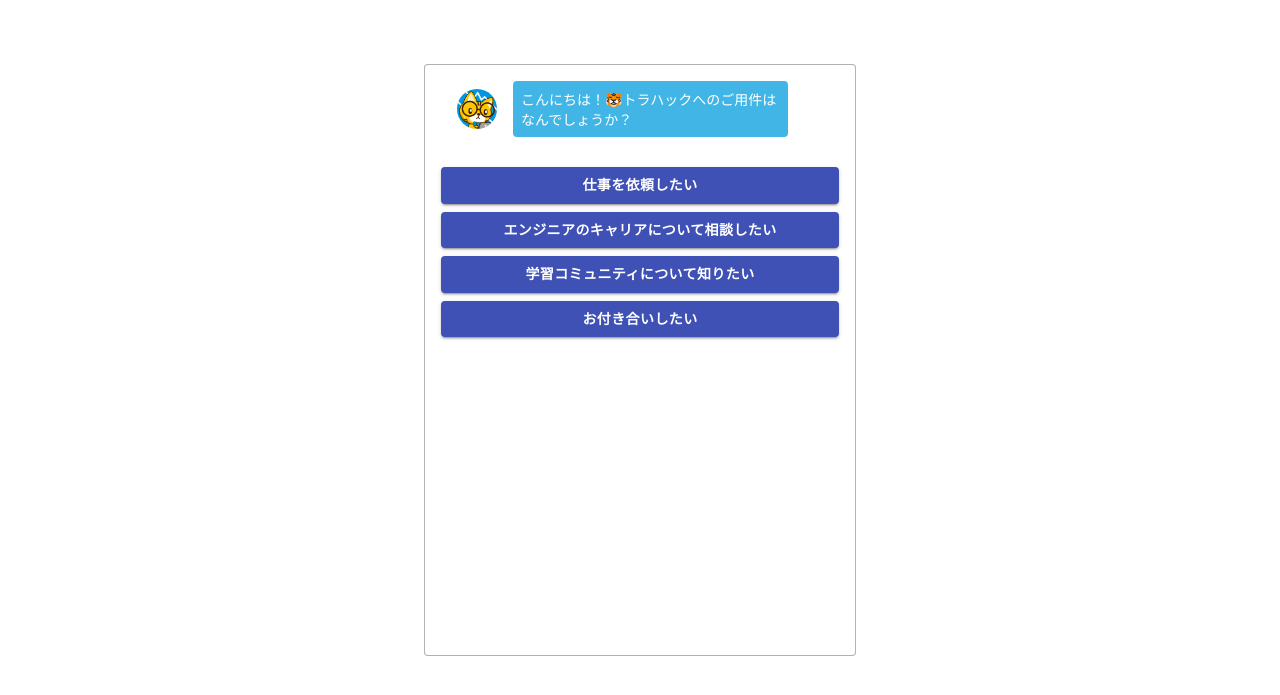
Repository: ShunsukeTanizaki/chatbot-demo
Page: /
These files come from the project's save history. The page is drawn as it stood at one moment and after the next save; the edit follows.
The browser window is 1280 px wide. The pictures show the whole page.
The project was rebuilt for these pictures with package versions that can differ from the ones it lists, and the page was loaded fresh each time.

Above is the page before, as saved 2020-10-21 22:17:03.

After the next save:
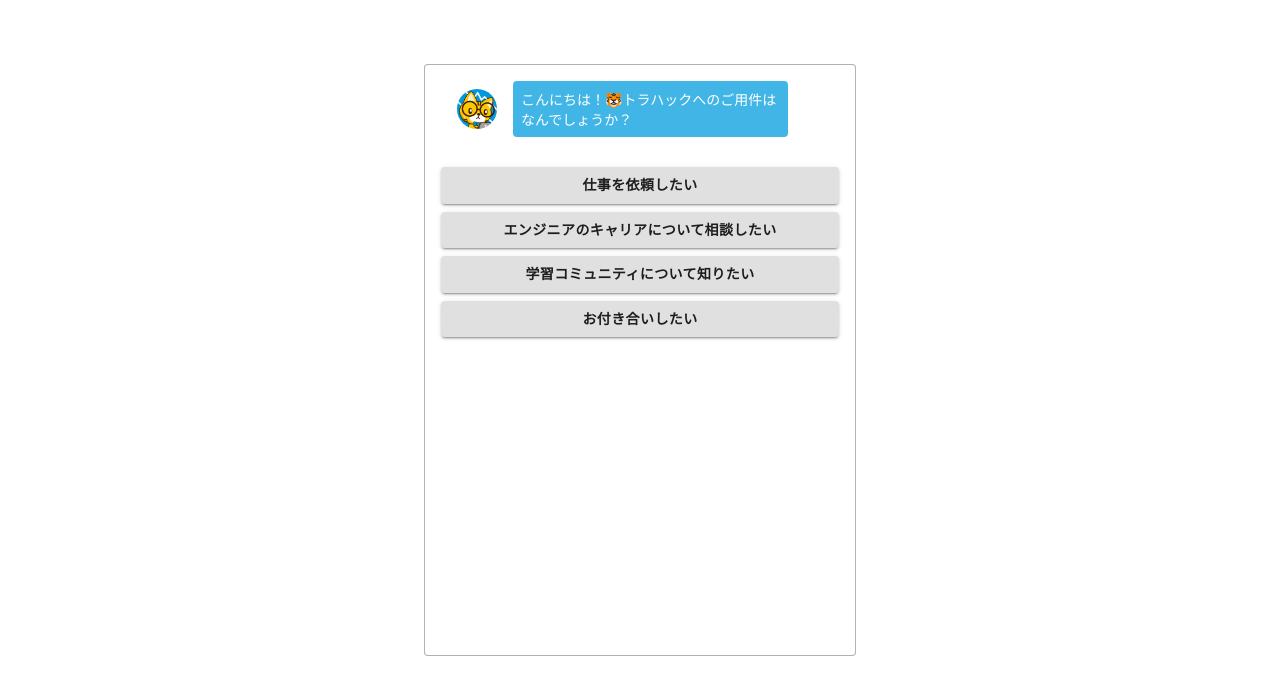
Saved 22 s later.
--- a/src/components/Answer.jsx
+++ b/src/components/Answer.jsx
@@ -22,7 +22,7 @@
     return (
         <Button
             className={classes.button}
-            variant="contained" color="primary" onClick={() => props.select(props.content, props.nextId)} >
+            variant="contained" onClick={() => props.select(props.content, props.nextId)} >
             {props.content}
         </Button>
     )
